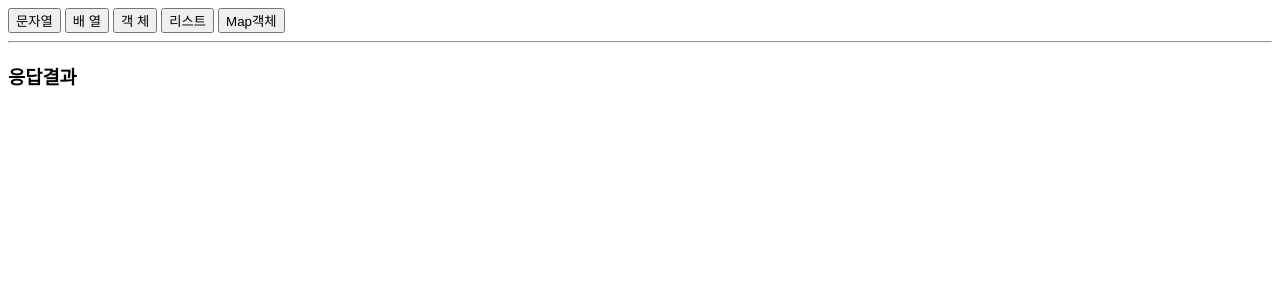
Repository: p2terkim/servletWork
Page: http://localhost/servletTest/basic/json/jsonTest.jsp
An editor plug-in stored every save of this project. The page is shown before and after a run of saves, followed by the edit.
The browser window is 1280 px wide. The pictures show the whole page.
After loading, the first visible `#strBtn` was clicked once.
The page is served by Tomcat 9.

Above is the page before, as saved 2021-05-20 05:58:33.

After the next 2 saves:
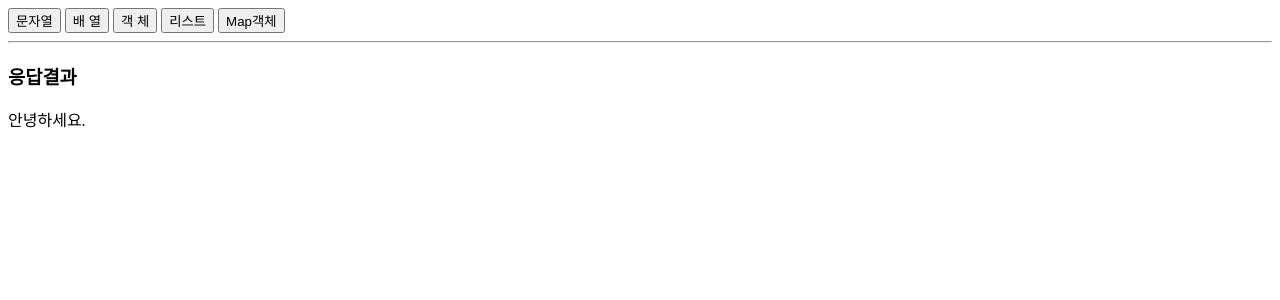
The 2 saves are shown as one change because they came seconds apart.
The last was saved 11 s later.
--- a/servletTest/WebContent/basic/json/jsonTest.jsp
+++ b/servletTest/WebContent/basic/json/jsonTest.jsp
@@ -15,7 +15,7 @@ $(function(){
 			type : "post",
 			data : "choice=str",
 			success : function(data){
-				$('#result').html()
+				$('#result').html(data);
 			},
 			dataType : "json"
 		});
